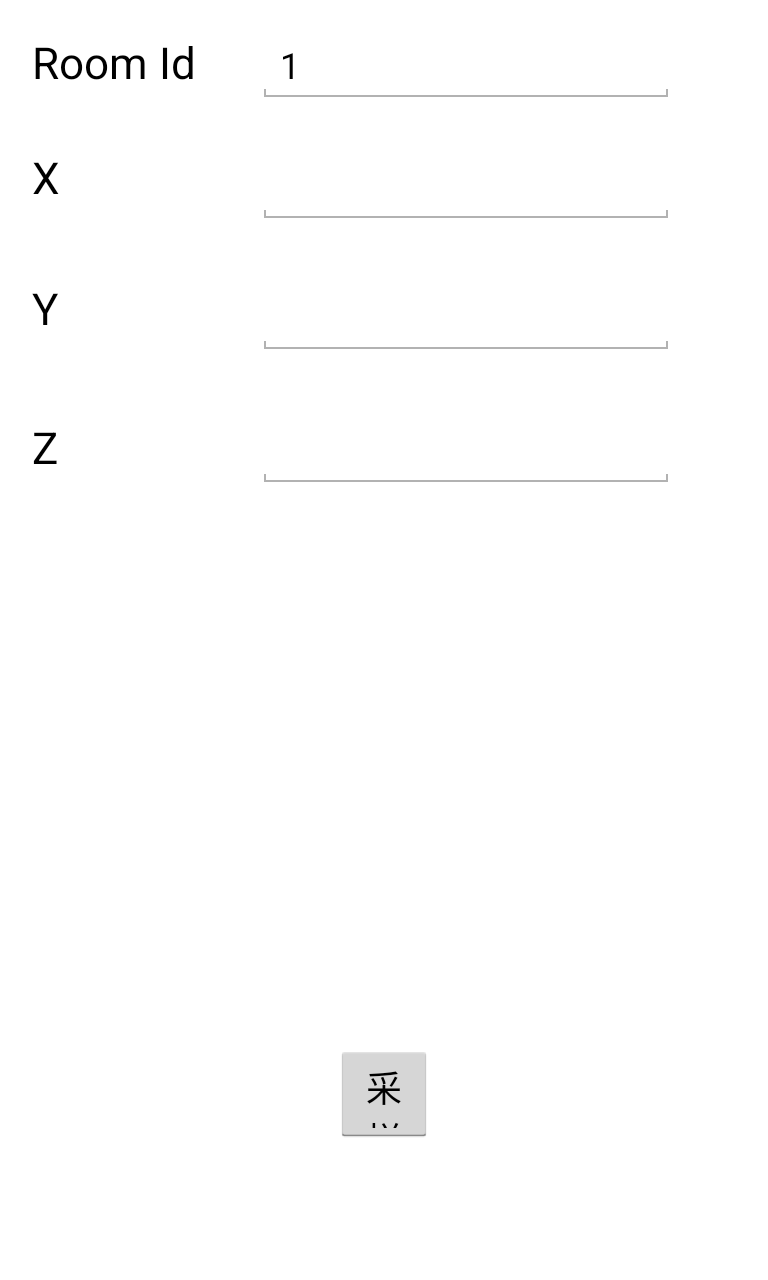
Repository: RenchuSong/tMap_Android
Layout: tmap_model_tool/res/layout/wifi_conllector.xml
These files come from the project's save history. The layout is drawn as it stood at one moment and after the next save; the edit follows.
It is drawn on a 768 x 1280 px phone screen (xhdpi) without system bars, with theme AppTheme; the app's code is not run.

Above is the layout before, as saved 2014-04-20 11:42:15.

### tmap_model_tool/res/layout/wifi_conllector.xml
<RelativeLayout xmlns:android="http://schemas.android.com/apk/res/android"
    xmlns:tools="http://schemas.android.com/tools"
    android:layout_width="match_parent"
    android:layout_height="match_parent"
    android:paddingBottom="@dimen/activity_vertical_margin"
    android:paddingLeft="@dimen/activity_horizontal_margin"
    android:paddingRight="@dimen/activity_horizontal_margin"
    android:paddingTop="@dimen/activity_vertical_margin"
    tools:context=".WifiCollector" >

    <TextView
        android:id="@+id/textView1"
        android:layout_width="wrap_content"
        android:layout_height="wrap_content"
        android:layout_alignParentLeft="true"
        android:layout_alignParentTop="true"
        android:text="Room Id"
        android:textAppearance="?android:attr/textAppearanceLarge" />

    <TextView
        android:id="@+id/textView2"
        android:layout_width="wrap_content"
        android:layout_height="wrap_content"
        android:layout_alignLeft="@+id/textView1"
        android:layout_below="@+id/textView1"
        android:layout_marginTop="28dp"
        android:text="X"
        android:textAppearance="?android:attr/textAppearanceLarge" />

    <TextView
        android:id="@+id/textView3"
        android:layout_width="wrap_content"
        android:layout_height="wrap_content"
        android:layout_alignLeft="@+id/textView2"
        android:layout_below="@+id/textView2"
        android:layout_marginTop="36dp"
        android:text="Y"
        android:textAppearance="?android:attr/textAppearanceLarge" />

    <TextView
        android:id="@+id/textView4"
        android:layout_width="wrap_content"
        android:layout_height="wrap_content"
        android:layout_alignLeft="@+id/textView3"
        android:layout_below="@+id/textView3"
        android:layout_marginTop="40dp"
        android:text="Z"
        android:textAppearance="?android:attr/textAppearanceLarge" />

    <EditText
        android:id="@+id/roomId"
        android:layout_width="wrap_content"
        android:layout_height="wrap_content"
        android:layout_alignBaseline="@+id/textView1"
        android:layout_alignBottom="@+id/textView1"
        android:layout_marginLeft="30dp"
        android:layout_toRightOf="@+id/textView1"
        android:ems="10"
        android:text="1" >

    </EditText>

    <EditText
        android:id="@+id/x"
        android:layout_width="wrap_content"
        android:layout_height="wrap_content"
        android:layout_alignLeft="@+id/roomId"
        android:layout_alignTop="@+id/textView2"
        android:ems="10" />

    <EditText
        android:id="@+id/y"
        android:layout_width="wrap_content"
        android:layout_height="wrap_content"
        android:layout_alignLeft="@+id/x"
        android:layout_alignTop="@+id/textView3"
        android:ems="10" >

    </EditText>

    <EditText
        android:id="@+id/z"
        android:layout_width="wrap_content"
        android:layout_height="wrap_content"
        android:layout_alignBaseline="@+id/textView4"
        android:layout_alignBottom="@+id/textView4"
        android:layout_alignLeft="@+id/y"
        android:ems="10" />

    <Button
        android:id="@+id/button1"
        android:layout_width="50dp"
        android:layout_height="50dp"
        android:layout_alignParentBottom="true"
        android:layout_centerHorizontal="true"
        android:layout_marginBottom="52dp"
        android:text="采样" />

</RelativeLayout>

Loaded but not shown: tmap_model_tool/res/values/styles.xml (common file); tmap_model_tool/res/values-v11/styles.xml (common file); tmap_model_tool/res/values-v14/styles.xml (common file); tmap_model_tool/res/values/dimens.xml (common file)

After the next save:
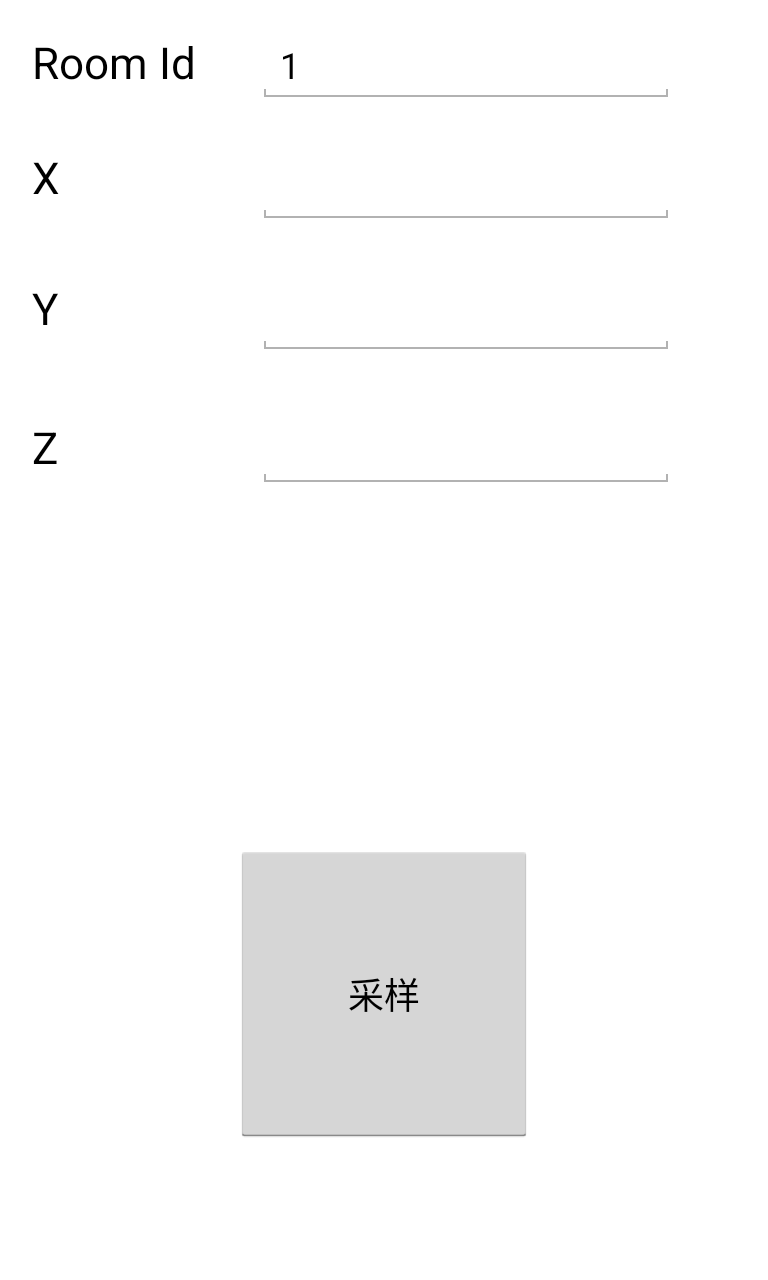
Saved 7 s later.
--- a/tmap_model_tool/res/layout/wifi_conllector.xml
+++ b/tmap_model_tool/res/layout/wifi_conllector.xml
@@ -89,8 +89,8 @@
 
     <Button
         android:id="@+id/button1"
-        android:layout_width="50dp"
-        android:layout_height="50dp"
+        android:layout_width="150dp"
+        android:layout_height="150dp"
         android:layout_alignParentBottom="true"
         android:layout_centerHorizontal="true"
         android:layout_marginBottom="52dp"
